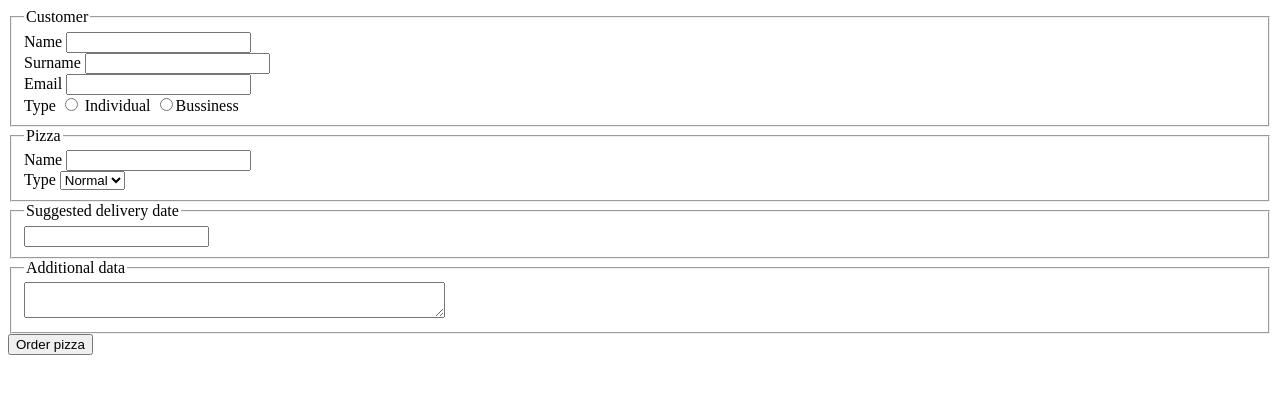
Repository: lukas77pro/html_css_js
Page: html/Test/WebContent/Formularz.html
These files come from the project's save history. The page is drawn as it stood at one moment and after the next save; the edit follows.
The browser window is 1280 px wide. The pictures show the whole page.

Above is the page before, as saved 2015-07-10 12:00:03.

After the next save:
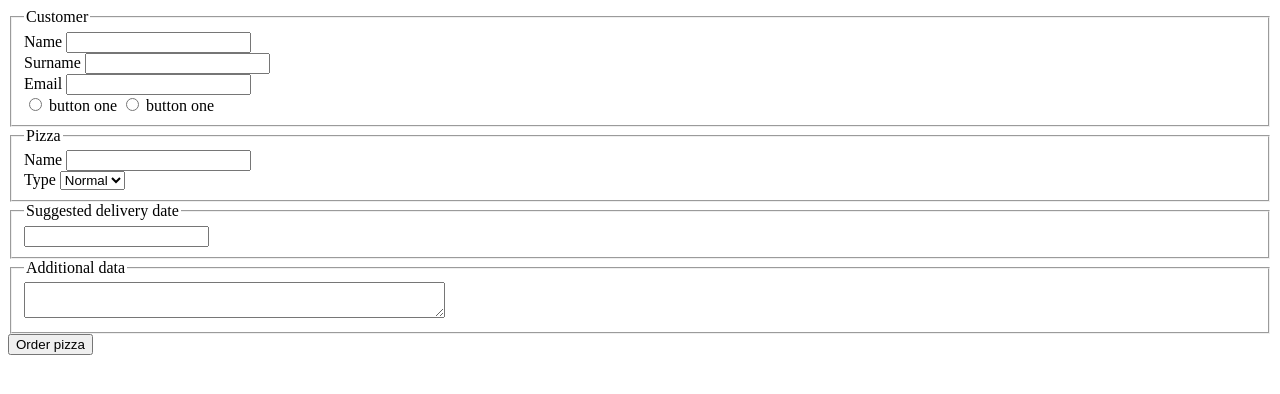
Saved 2 min 33 s later.
--- a/html/Test/WebContent/Formularz.html
+++ b/html/Test/WebContent/Formularz.html
@@ -23,9 +23,8 @@
 				name="inputEmail">
 		</div>
 		<div>
-			<label for="radio1">Type</label> <input type="radio" name="radio1">
-			<label for="radio1">Individual</label> <input type="radio"
-				name="radio2"><label for="radio2">Bussiness</label>
+			<input type="radio" name="group1" id="r1" value="1" /><label for="r1"> button one</label>
+			<input type="radio" name="group1" id="r1" value="1" /><label for="r1"> button one</label>
 		</div>
 	</fieldset>
 
